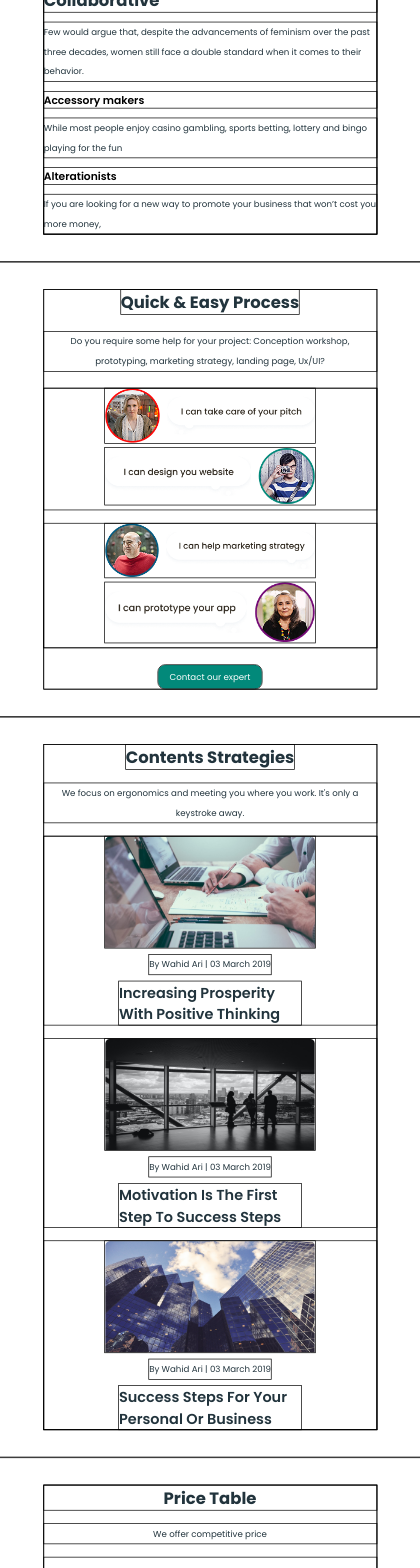
Repository: Amirovvas/Product
Page: index.html
These files come from the project's save history. The page is drawn as it stood at one moment and after a run of saves; the edit follows.
The browser window is 600 px wide. The pictures show the part of the page from y = 4260 to 6500 px (the page is 9849 px tall), at 70% of full size.
A picture or video elsewhere on the page could not be fetched, so the positions and the page height are approximate.

Above is the page before, as saved 2025-10-11 00:28:39.

After the next 2 saves:
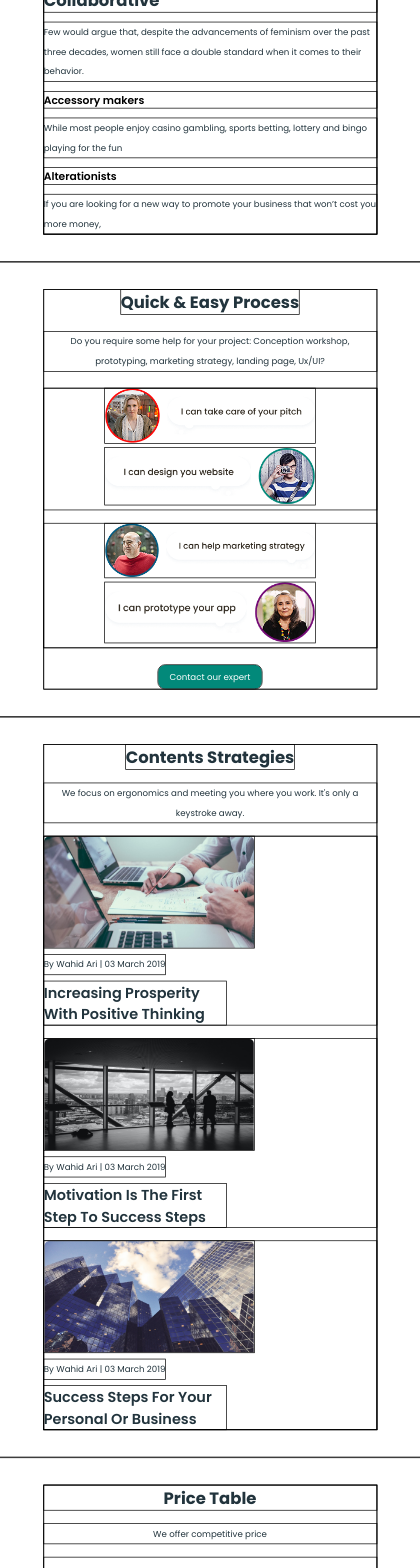
The 2 saves are shown as one change because they came seconds apart.
The last was saved 9 s later.
--- a/css/media.css
+++ b/css/media.css
@@ -234,7 +234,7 @@
         align-items: center;
         text-align: center;
         .card {
-        align-items: center;
+        align-items: start;
         justify-content: center;
         text-align: left;
         width: 100%;

After the save that followed:
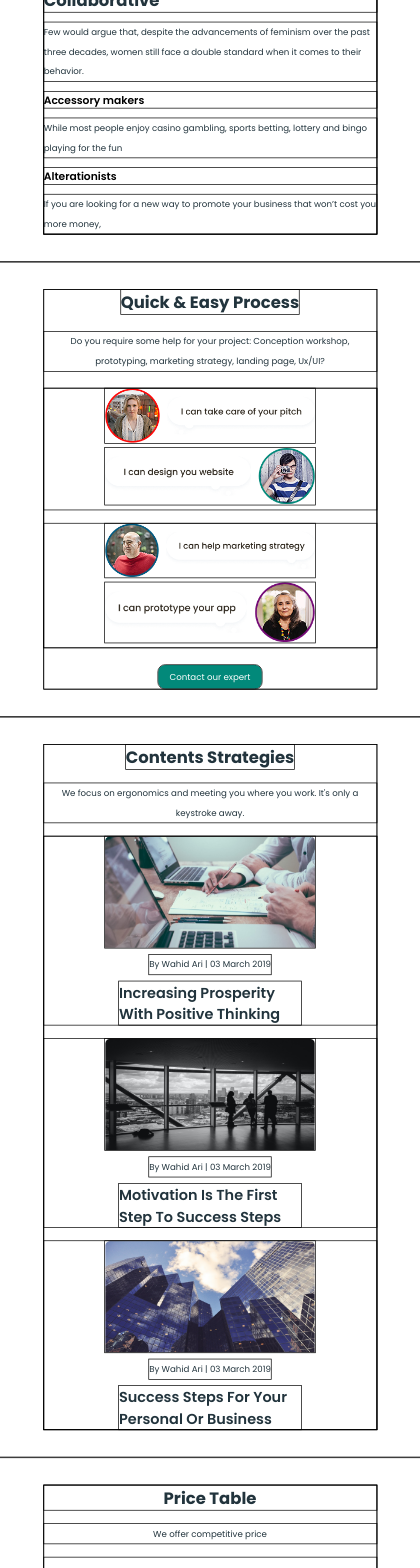
Saved 4 s later.
--- a/css/media.css
+++ b/css/media.css
@@ -234,7 +234,7 @@
         align-items: center;
         text-align: center;
         .card {
-        align-items: start;
+        align-items: center;
         justify-content: center;
         text-align: left;
         width: 100%;
